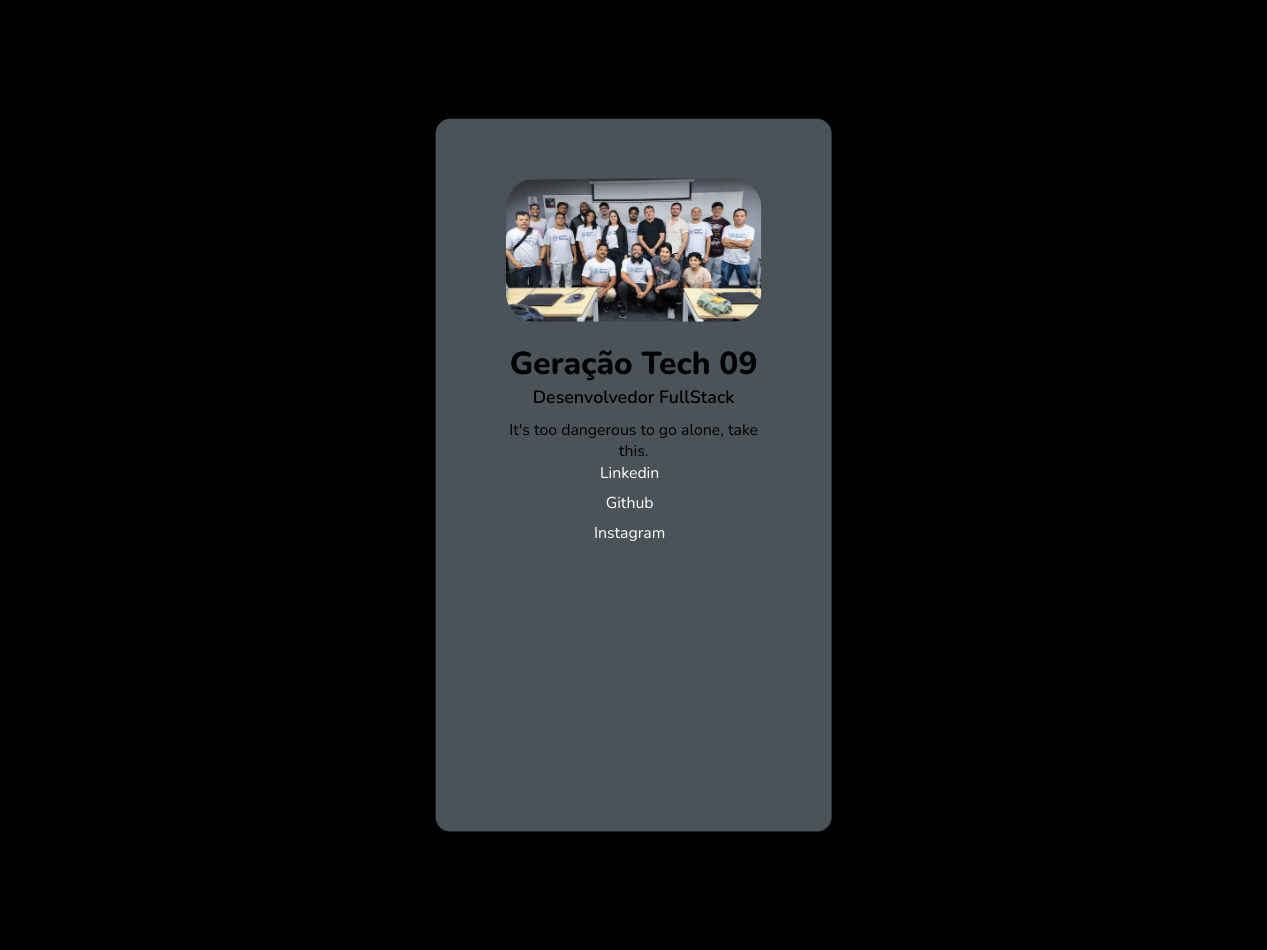
Repository: geracao-09/linktree-gt9
Page: index.html
An editor plug-in stored every save of this project. The page is shown before and after the next save, followed by the edit.
The browser window is 1280 px wide. The pictures show the whole page, at 99% of full size.

Above is the page before, as saved 2025-04-11 09:00:26.

After the next save:
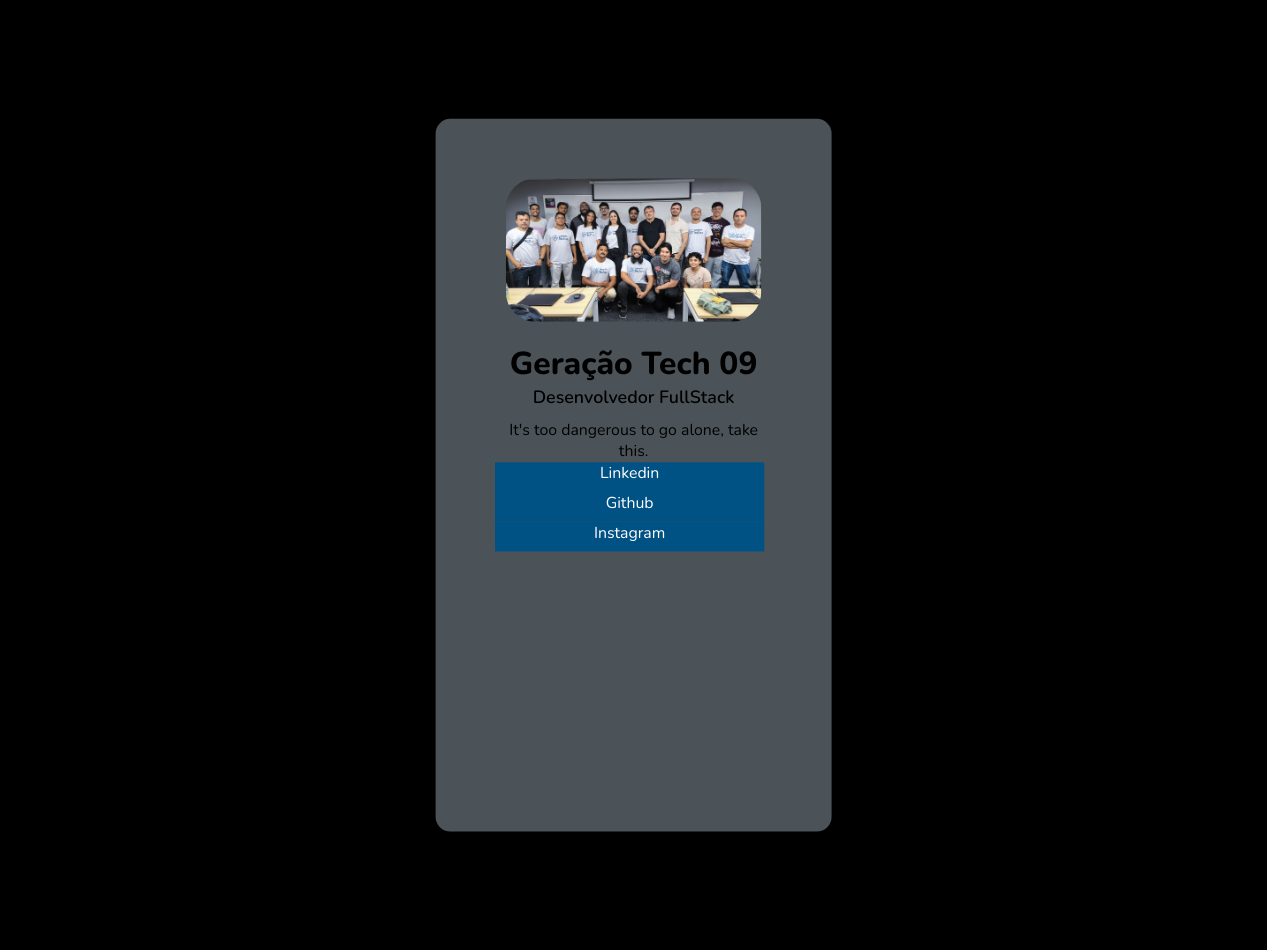
Saved 4 s later.
--- a/style.css
+++ b/style.css
@@ -50,5 +50,5 @@
 .container-social li {
   width: 272px;
   height: 30px;
-  background-color: #4b5358;
+  background-color: #005184;
 }
